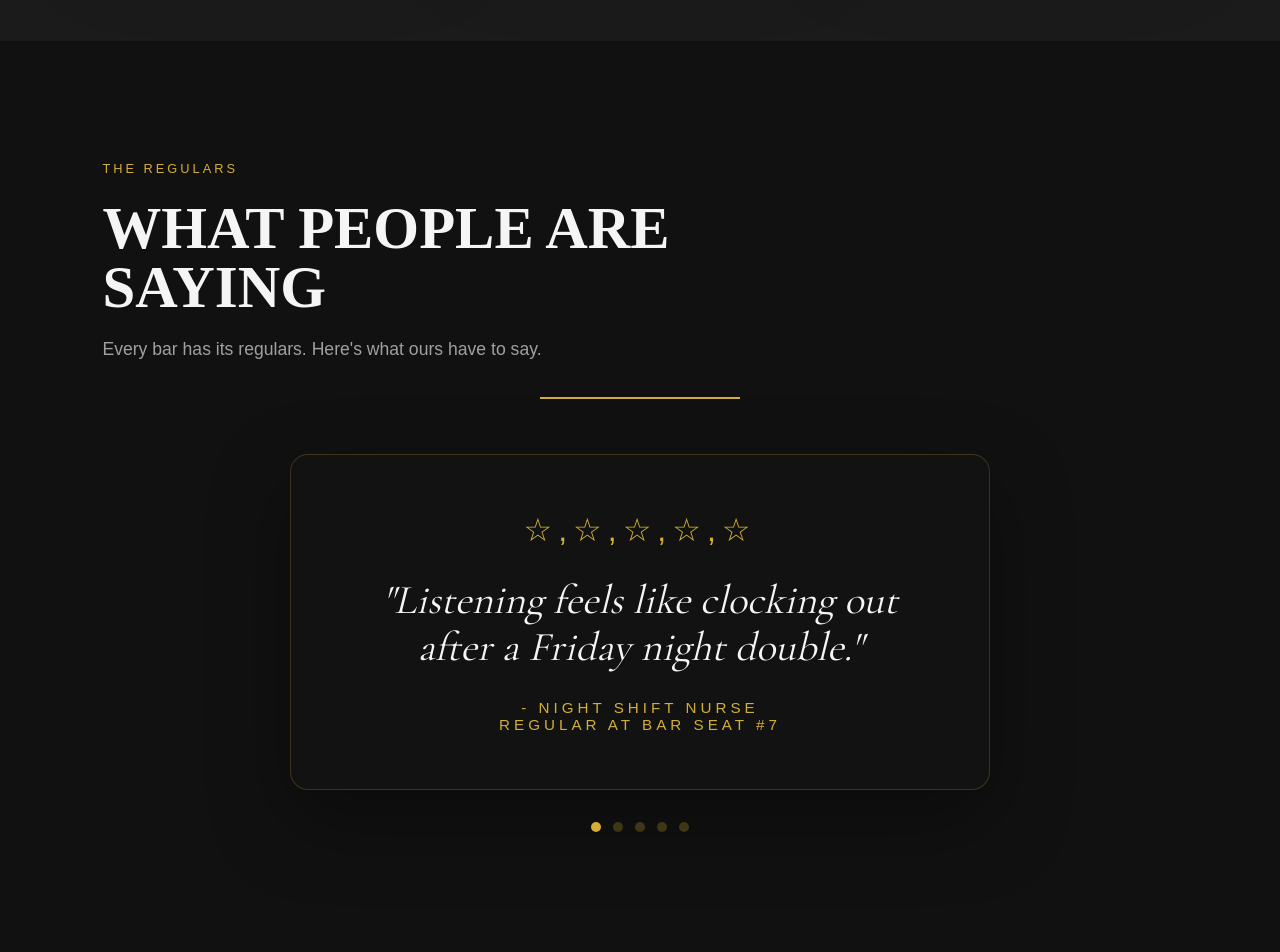
Repository: Gage-Codes/BarRot
Page: css/index.html
These files come from the project's save history. The page is drawn as it stood at one moment and after the next save; the edit follows.
The browser window is 1280 px wide. The pictures show the part of the page from y = 4462 to 5414 px (the page is 5414 px tall).

Above is the page before, as saved 2026-07-05 00:57:16.

After the next save:
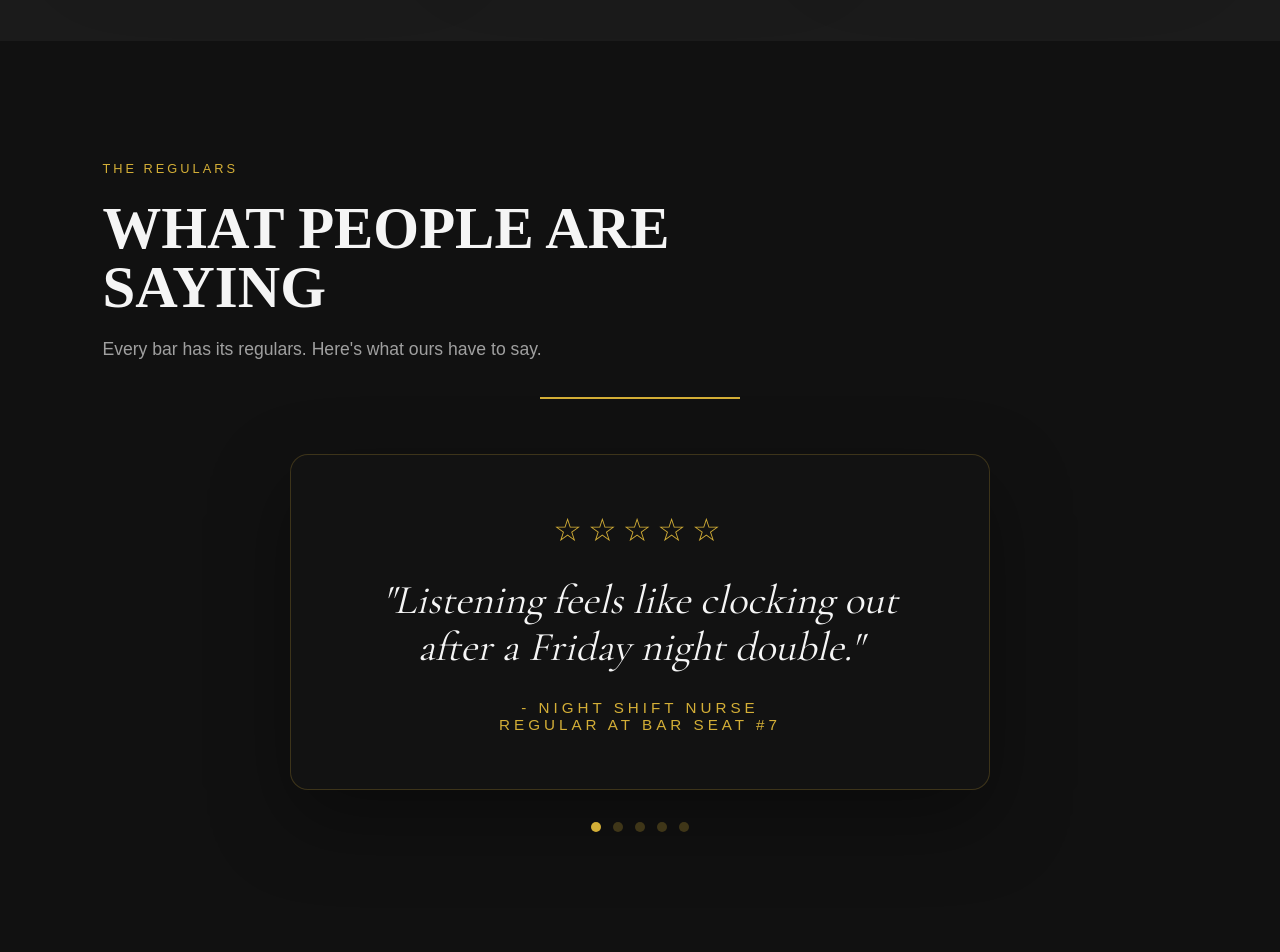
Saved 18 s later.
--- a/css/index.html
+++ b/css/index.html
@@ -303,7 +303,7 @@
         <div class="review-slider">
             <div class="review-card">
                 <div class="review-stars">
-                    <span>&star;,&star;,&star;,&star;,&star;</span>
+                    <span>&star;&star;&star;&star;&star;</span>
                 </div>
                 <blockquote class="review-text">
                     "Listening feels like clocking out after a Friday night double."
